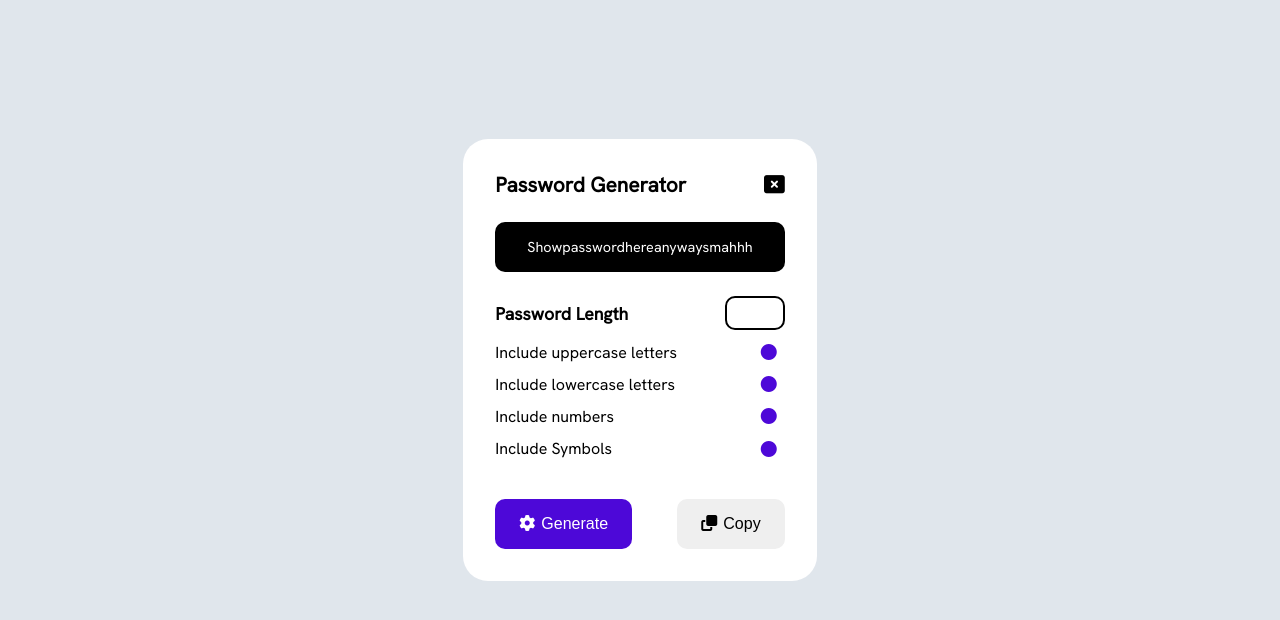
Repository: emiliaiwu/password_generator
Page: index.html
The author's editor kept a copy of each file at every save. The page is drawn from the files as they stood at one save, then again after the next save.
The browser window is 1280 px wide. The pictures show the whole page.
Some web libraries are served in a nearby version.

Above is the page before, as saved 2022-12-14 04:47:23.

After the next save:
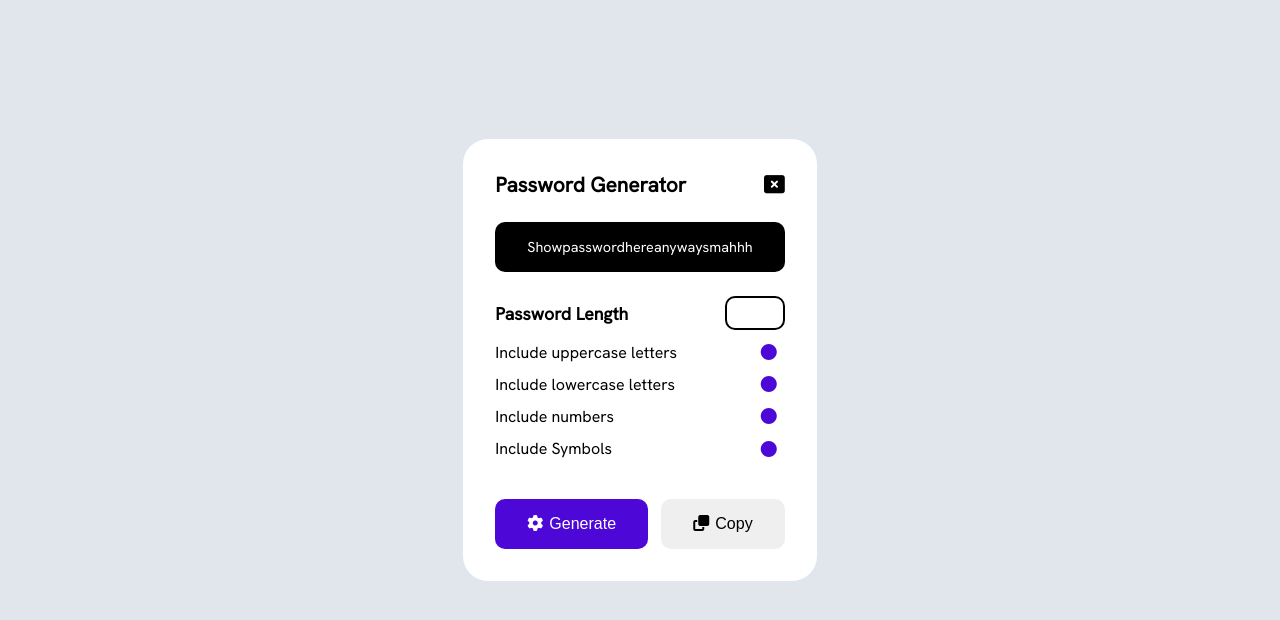
Saved 71 s later.
--- a/style.css
+++ b/style.css
@@ -123,7 +123,7 @@ label {
 
 .btn {
     margin-top: 1rem;
-    padding: 1rem 1.5rem;
+    padding: 1rem 2rem;
     font-size: 1rem;
     border: none;
     border-radius: 10px;
